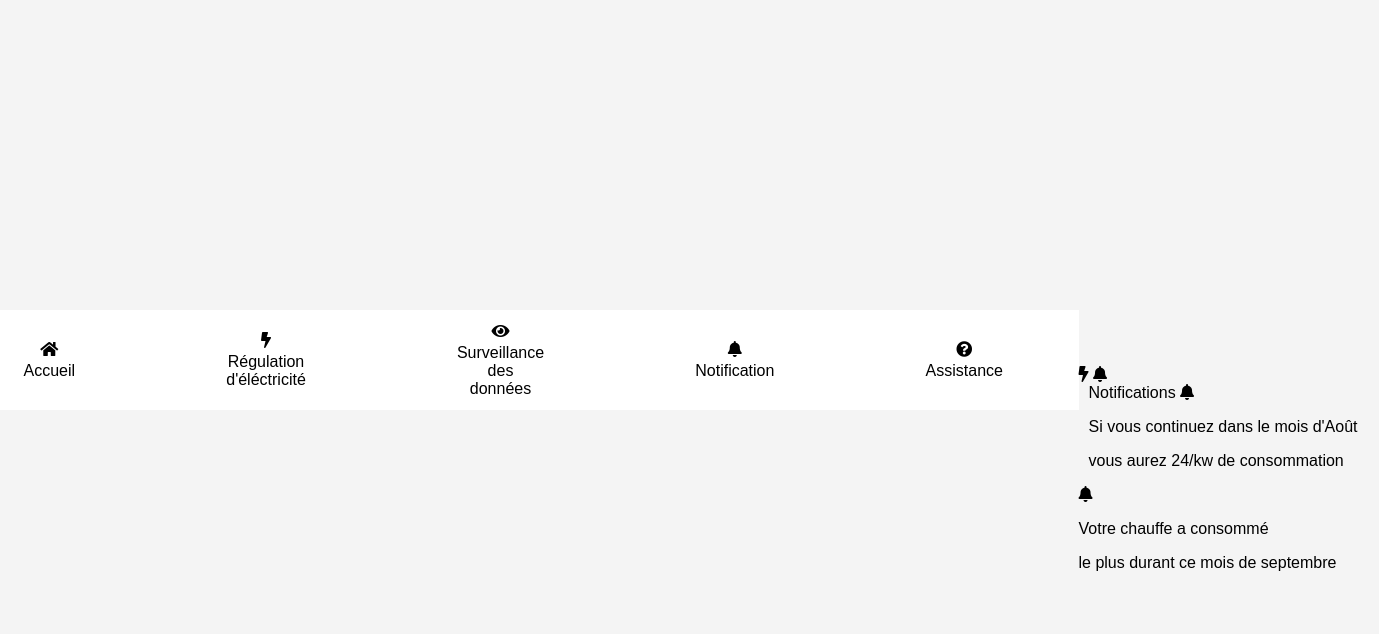
Repository: hamdia200/OSC-Ecowiz
Page: http://localhost/accueil
The author's editor kept a copy of each file at every save. The page is drawn from the files as they stood at one save, then again after the next save.
The browser window is 1280 px wide. The page is 1379 px wide, so the pictures cover 1379 px, including what lies to the right of the window. The pictures show the whole page.
The page is served by the project's Laravel application, run on PHP 8.4 with Laravel 10.

Above is the page before, as saved 2023-08-18 13:45:47.
Console error: TypeError: Cannot read properties of null (reading 'getContext')

After the next save:
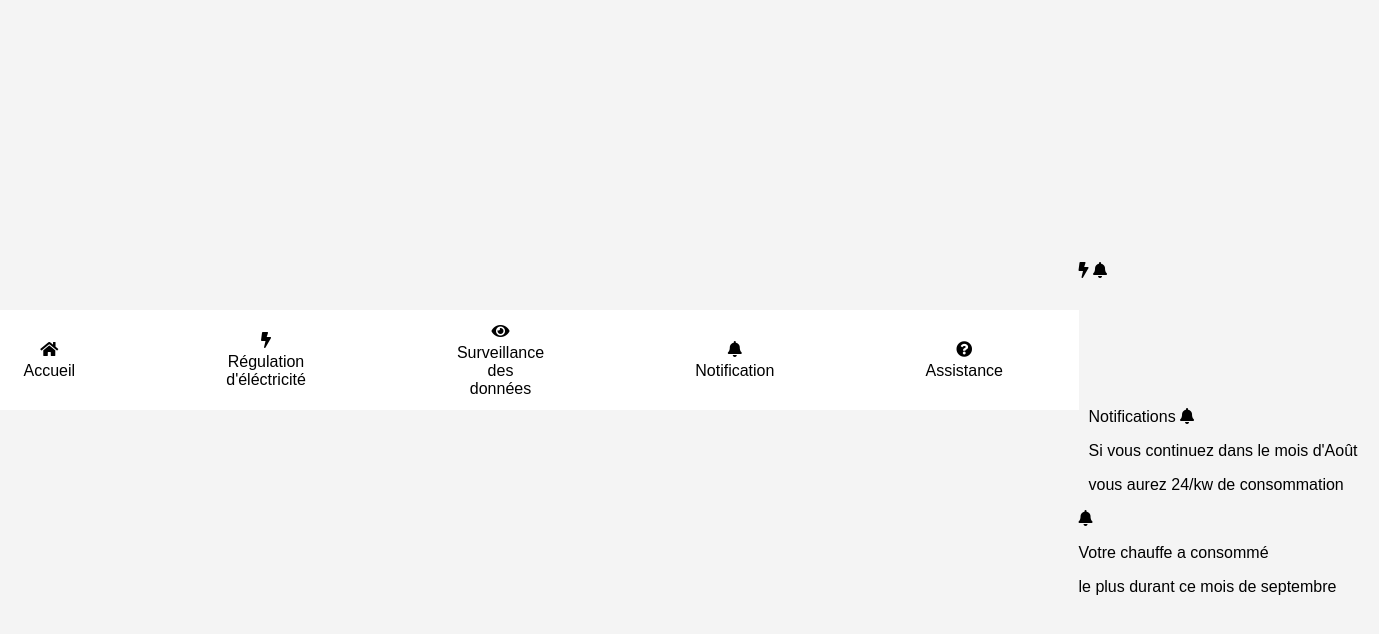
Saved 16 s later.
--- a/resources/views/accueil.blade.php
+++ b/resources/views/accueil.blade.php
@@ -19,9 +19,9 @@
         }
 
         .circle-container{
-            margin-top: 5rem;
-            height: auto;
-            float: left;
+            position: relative;
+            width: 300px;
+            height: 300px;
         }
         .notification-container {
             width: 100%;
